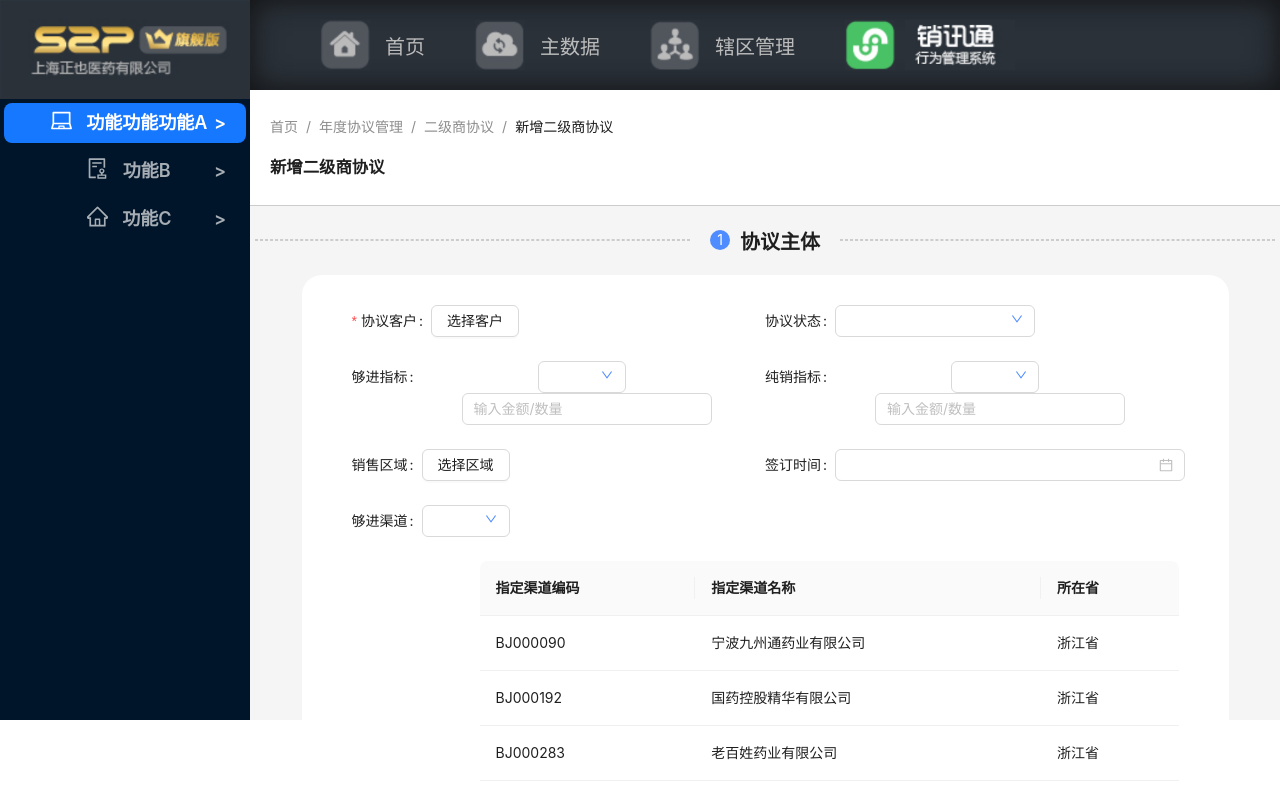
Repository: XiChips/questionB
Page: /
The author's editor kept a copy of each file at every save. The page is drawn from the files as they stood at one save, then again after the next save.
The browser window is 1280 px wide. The pictures show the whole page.
The project was rebuilt for these pictures with package versions that can differ from the ones it lists, and the page was loaded fresh each time. Also part of the build but not shown: vue.config.js.

Above is the page before, as saved 2024-02-28 13:31:15.

After the next save:
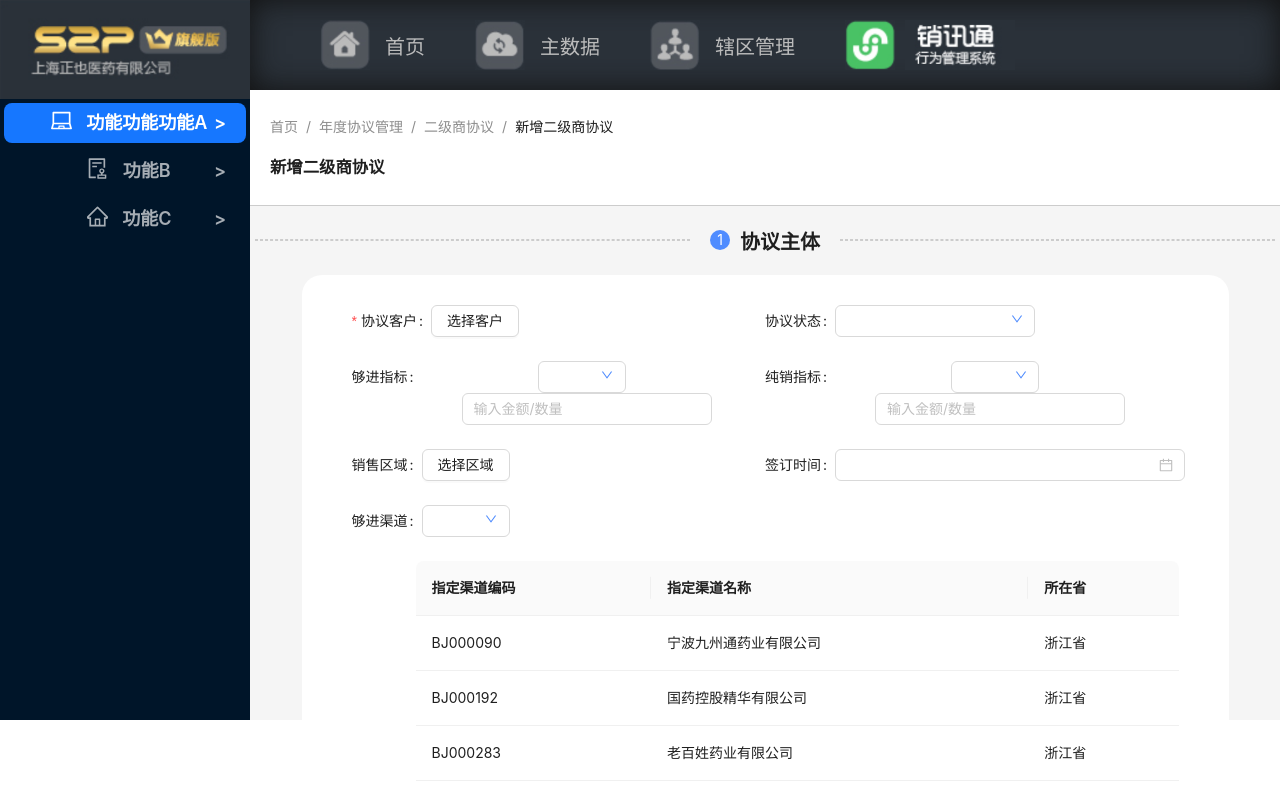
Saved 6 s later.
--- a/src/views/home.vue
+++ b/src/views/home.vue
@@ -110,7 +110,7 @@
                 </a-form-item>
               </div>
 
-              <div style="padding-left: 10vw;">
+              <div style="padding-left: 5vw;">
                 <a-table :dataSource="data" :columns="columns" :pagination="false" />
               </div>
 
